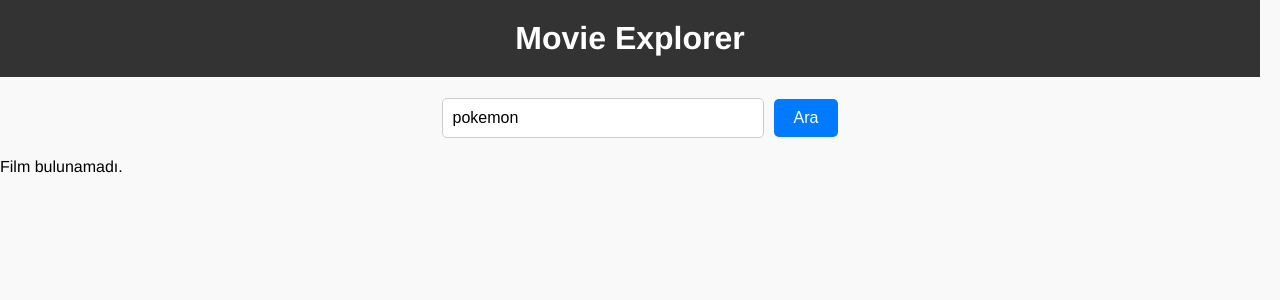
Repository: denizdizi/movie-explorer
Page: /
An editor plug-in stored every save of this project. The page is shown before and after the next save, followed by the edit.
The browser window is 1280 px wide. The pictures show the whole page.
The page's requests for data from a server got no answer. The project was rebuilt for these pictures with package versions that can differ from the ones it lists, and the page was loaded fresh each time. No one was signed in, and anything a server would have sent is missing. Also part of the build but not shown: src/App.css, src/components/MovieCard.js.

Above is the page before, as saved 2025-03-28 11:16:23.

After the next save:
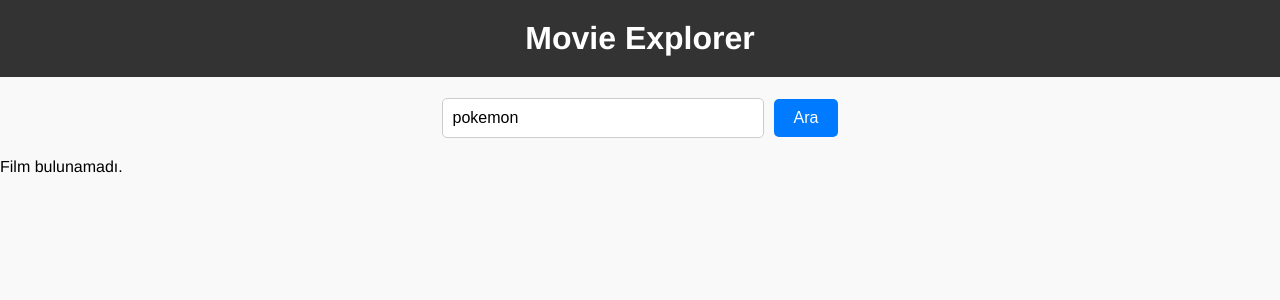
Saved 11 s later.
--- a/src/styles/global.scss
+++ b/src/styles/global.scss
@@ -128,7 +128,6 @@ body {
     color: #fff; /* Yazı rengini beyaz yapıyoruz */
     padding: 20px; /* Arka planın etrafına biraz boşluk ekliyoruz */
     font-size: 2em; /* Başlık boyutunu büyütüyoruz */
-    margin-right: 20px; /* Yazıya sağdan biraz boşluk ekliyoruz */
     text-align: center; /* Başlığı ortalıyoruz */
     margin-top: 0;
   }
